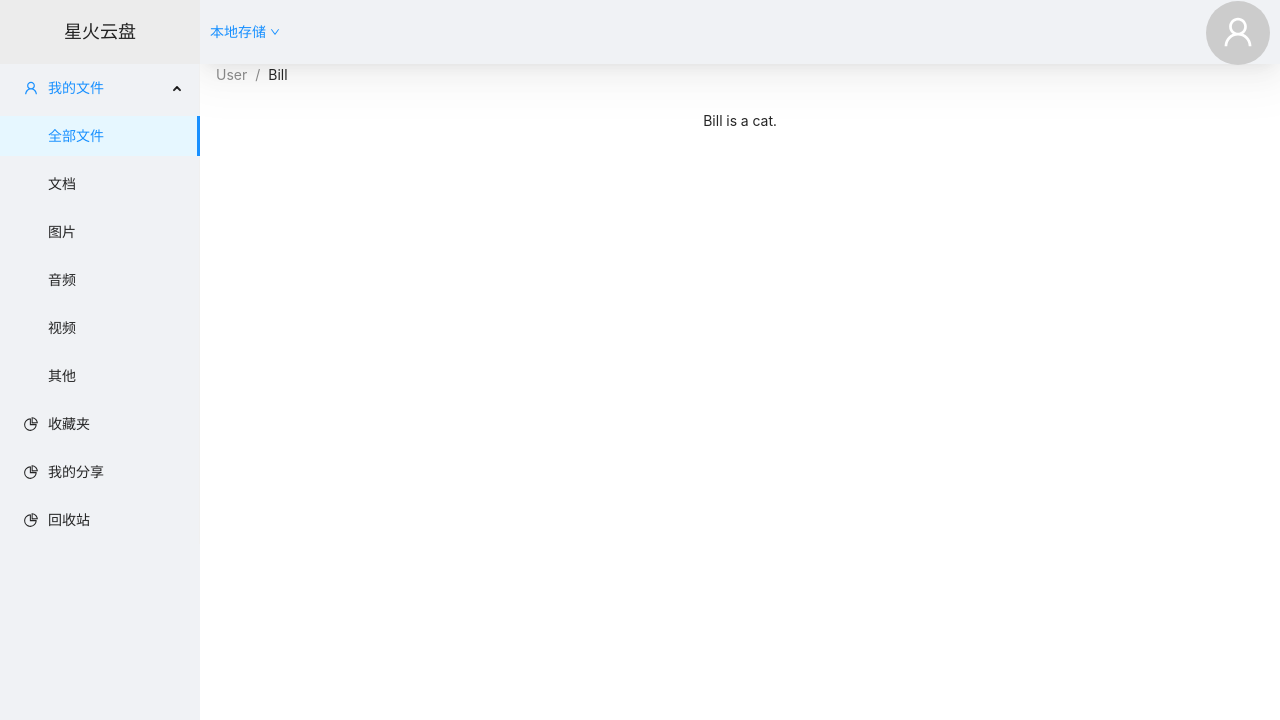
Repository: xstnet/starfire-cloud-fe
Page: /
The author's editor kept a copy of each file at every save. The page is drawn from the files as they stood at one save, then again after the next save.
The browser window is 1280 px wide. The pictures show the whole page.
The project was rebuilt for these pictures with package versions that can differ from the ones it lists, and the page was loaded fresh each time. Also part of the build but not shown: craco.config.js.

Above is the page before, as saved 2021-09-12 22:12:04.

After the next save:
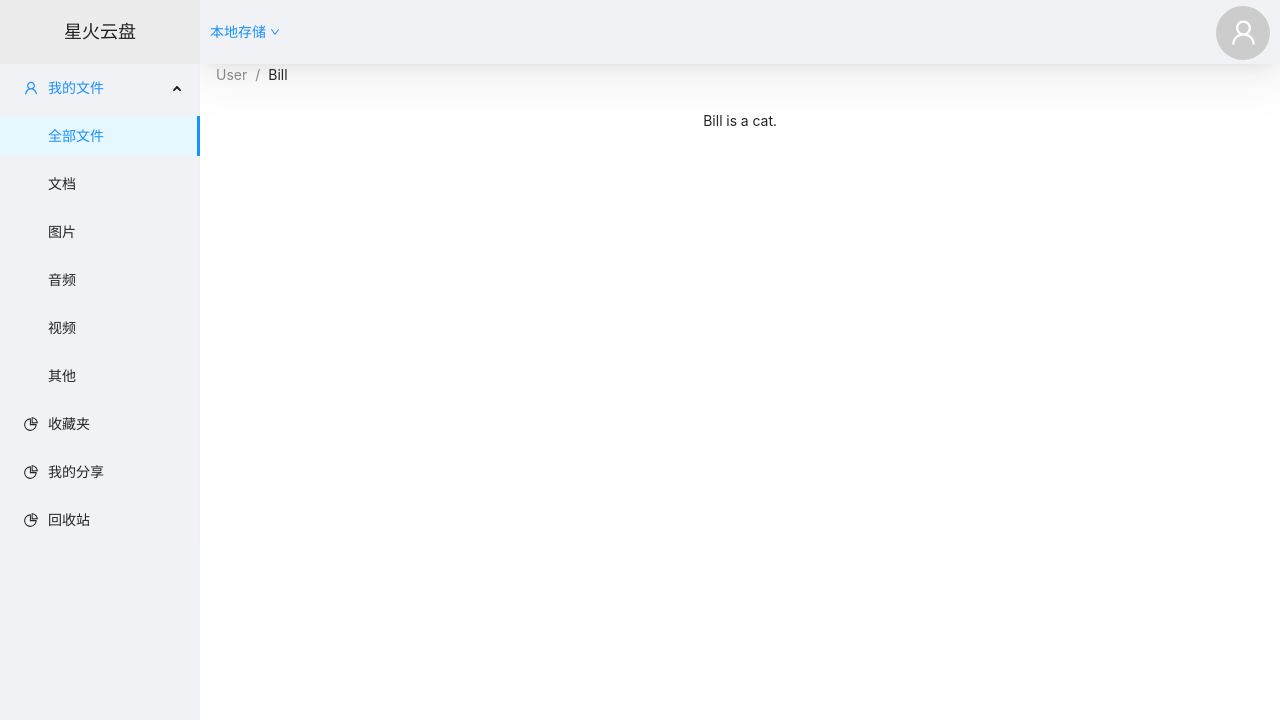
Saved 16 s later.
--- a/src/page/layout/main.jsx
+++ b/src/page/layout/main.jsx
@@ -68,7 +68,7 @@ class MainLayout extends React.Component {
                 </Dropdown>
               </div>
               <div className="header-right fr">
-                <Avatar size={64} icon={<UserOutlined />} />
+                <Avatar size={54} icon={<UserOutlined />} />
               </div>
               <div className="clearboth"></div>
 
